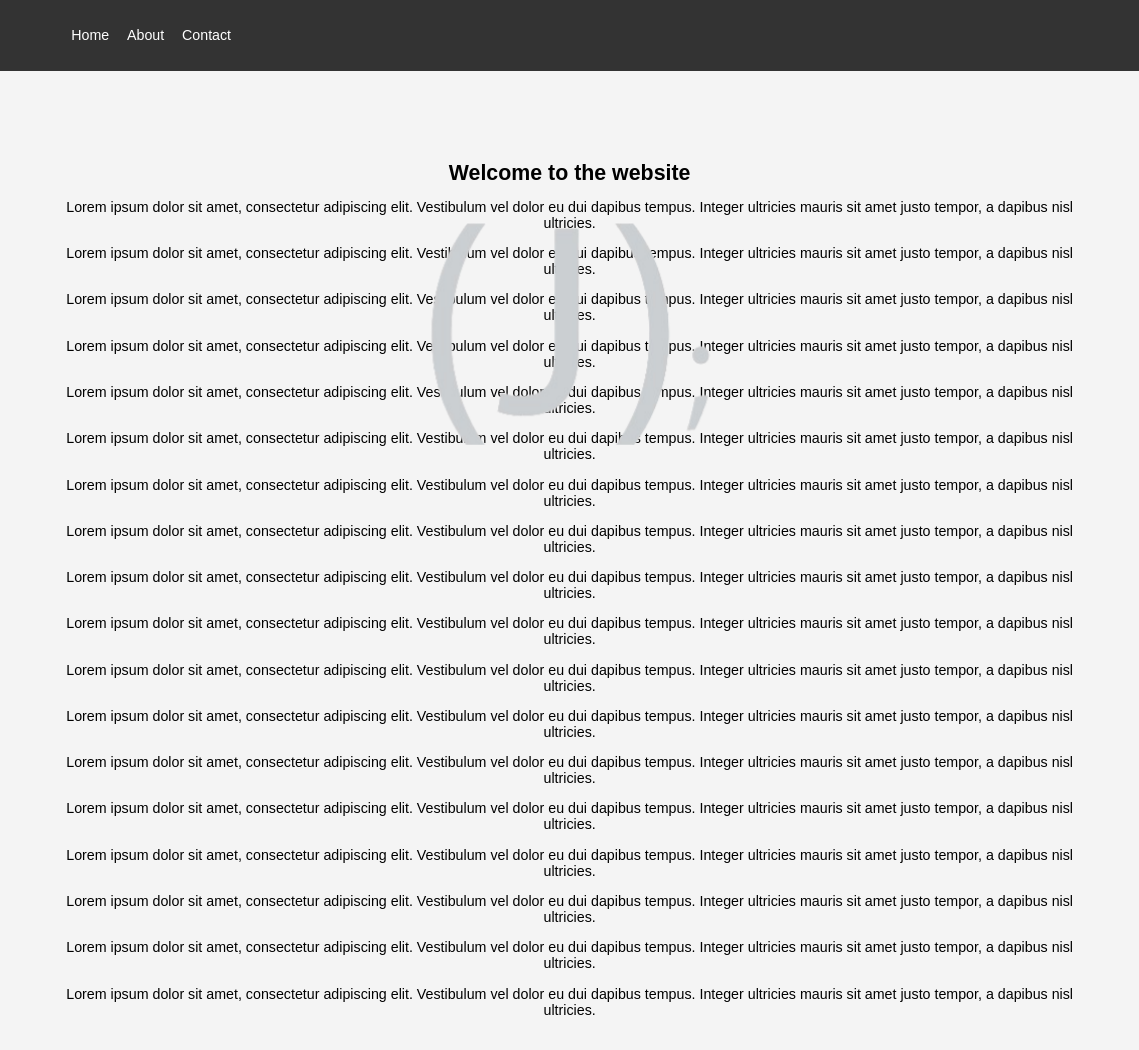
Repository: JoyMoGas/HelujaArc
Page: http://localhost/
The author's editor kept a copy of each file at every save. The page is drawn from the files as they stood at one save, then again after the next save.
The browser window is 1280 px wide. The pictures show the whole page, at 89% of full size.
The page is served by the project's application, run on Flask 3 (run.py).

Above is the page before, as saved 2024-08-11 15:54:04.

### templates/index.html
<!DOCTYPE html>
<html lang="en">
<head>
    <meta charset="UTF-8">
    <meta name="viewport" content="width=device-width, initial-scale=1.0">
    <title>Document</title>
    <link rel="stylesheet" href="{{ url_for('static', filename='style.css') }}">
</head>
<body>
    <header class="navbar">
        <div class="navbar-content">
            <img id="logo" src="{{ url_for('static', filename='logo.png') }}" alt="Logo">
            <nav>
                <ul>
                    <li><a href="#">Home</a></li>
                    <li><a href="#">About</a></li>
                    <li><a href="#">Contact</a></li>
                </ul>
            </nav>
        </div>
    </header>
    <main>
        <section class="content">
            <h1>Welcome to the website</h1>
            <!-- Content goes here -->
            <p>Lorem ipsum dolor sit amet, consectetur adipiscing elit. Vestibulum vel dolor eu dui dapibus tempus. Integer ultricies mauris sit amet justo tempor, a dapibus nisl ultricies.</p>
            <p>Lorem ipsum dolor sit amet, consectetur adipiscing elit. Vestibulum vel dolor eu dui dapibus tempus. Integer ultricies mauris sit amet justo tempor, a dapibus nisl ultricies.</p>
            <p>Lorem ipsum dolor sit amet, consectetur adipiscing elit. Vestibulum vel dolor eu dui dapibus tempus. Integer ultricies mauris sit amet justo tempor, a dapibus nisl ultricies.</p>
            <p>Lorem ipsum dolor sit amet, consectetur adipiscing elit. Vestibulum vel dolor eu dui dapibus tempus. Integer ultricies mauris sit amet justo tempor, a dapibus nisl ultricies.</p>
            <p>Lorem ipsum dolor sit amet, consectetur adipiscing elit. Vestibulum vel dolor eu dui dapibus tempus. Integer ultricies mauris sit amet justo tempor, a dapibus nisl ultricies.</p>
            <p>Lorem ipsum dolor sit amet, consectetur adipiscing elit. Vestibulum vel dolor eu dui dapibus tempus. Integer ultricies mauris sit amet justo tempor, a dapibus nisl ultricies.</p>
            <p>Lorem ipsum dolor sit amet, consectetur adipiscing elit. Vestibulum vel dolor eu dui dapibus tempus. Integer ultricies mauris sit amet justo tempor, a dapibus nisl ultricies.</p>
            <p>Lorem ipsum dolor sit amet, consectetur adipiscing elit. Vestibulum vel dolor eu dui dapibus tempus. Integer ultricies mauris sit amet justo tempor, a dapibus nisl ultricies.</p>
            <p>Lorem ipsum dolor sit amet, consectetur adipiscing elit. Vestibulum vel dolor eu dui dapibus tempus. Integer ultricies mauris sit amet justo tempor, a dapibus nisl ultricies.</p>
            <p>Lorem ipsum dolor sit amet, consectetur adipiscing elit. Vestibulum vel dolor eu dui dapibus tempus. Integer ultricies mauris sit amet justo tempor, a dapibus nisl ultricies.</p>
            <p>Lorem ipsum dolor sit amet, consectetur adipiscing elit. Vestibulum vel dolor eu dui dapibus tempus. Integer ultricies mauris sit amet justo tempor, a dapibus nisl ultricies.</p>
            <p>Lorem ipsum dolor sit amet, consectetur adipiscing elit. Vestibulum vel dolor eu dui dapibus tempus. Integer ultricies mauris sit amet justo tempor, a dapibus nisl ultricies.</p>
            <p>Lorem ipsum dolor sit amet, consectetur adipiscing elit. Vestibulum vel dolor eu dui dapibus tempus. Integer ultricies mauris sit amet justo tempor, a dapibus nisl ultricies.</p>
            <p>Lorem ipsum dolor sit amet, consectetur adipiscing elit. Vestibulum vel dolor eu dui dapibus tempus. Integer ultricies mauris sit amet justo tempor, a dapibus nisl ultricies.</p>
            <p>Lorem ipsum dolor sit amet, consectetur adipiscing elit. Vestibulum vel dolor eu dui dapibus tempus. Integer ultricies mauris sit amet justo tempor, a dapibus nisl ultricies.</p>
            <p>Lorem ipsum dolor sit amet, consectetur adipiscing elit. Vestibulum vel dolor eu dui dapibus tempus. Integer ultricies mauris sit amet justo tempor, a dapibus nisl ultricies.</p>
            <p>Lorem ipsum dolor sit amet, consectetur adipiscing elit. Vestibulum vel dolor eu dui dapibus tempus. Integer ultricies mauris sit amet justo tempor, a dapibus nisl ultricies.</p>
            <p>Lorem ipsum dolor sit amet, consectetur adipiscing elit. Vestibulum vel dolor eu dui dapibus tempus. Integer ultricies mauris sit amet justo tempor, a dapibus nisl ultricies.</p>
        </section>
    </main>
    <script src="{{ url_for('static', filename='scripts.js') }}"></script>
</body>
</html>

### static/style.css
/* Reset de márgenes y padding */
body, h1, ul, li {
    margin: 0;
    padding: 0;
}

/* Estilo para el cuerpo */
body {
    font-family: Arial, sans-serif;
    padding-top: 80px; /* Ajusta según la altura de la navbar para evitar que el contenido quede oculto */
    margin: 0;
    display: flex;
    justify-content: center;
    align-items: flex-start; /* Alinea el contenido al principio verticalmente */
    height: 100vh; /* Ocupa toda la altura visible */
    background: #f4f4f4;
}

/* Estilo para la navbar */
.navbar {
    position: fixed;
    top: 0;
    left: 0;
    width: 100%;
    background-color: #333;
    color: #fff;
    display: flex;
    justify-content: center;
    align-items: center;
    transition: background-color 0.3s;
    z-index: 1000;
    height: 80px; /* Ajusta según la altura de la navbar */
    box-sizing: border-box;
}

/* Contenido de la navbar */
.navbar-content {
    display: flex;
    justify-content: space-between;
    align-items: center;
    width: 100%;
    max-width: 1200px;
    padding: 0 20px; /* Ajuste para el padding dentro de la navbar */
    box-sizing: border-box;
}

/* Logo en la navbar */
.navbar img {
    height: 60px; /* Ajusta según el tamaño del logo en la navbar */
    transition: height 0.3s, transform 0.3s;
}

/* Estilo para los enlaces de la navbar */
.navbar nav ul {
    display: flex;
    list-style-type: none;
    margin: 0;
    padding: 0;
}

.navbar nav ul li {
    margin-left: 20px;
}

.navbar nav ul li a {
    color: #fff;
    text-decoration: none;
}

/* Estilo para el contenido del body */
.content {
    text-align: center; /* Centra el texto y otros elementos dentro del contenedor */
    width: 100%;
    max-width: 1200px; /* Asegura que el contenido no se estire demasiado */
    margin-top: 80px; /* Asegura que el contenido esté por debajo de la navbar */
    padding: 20px; /* Ajusta el padding según sea necesario */
    box-sizing: border-box;
}

/* Logo en el cuerpo */
#logo {
    position: absolute;
    top: 20px;
    left: 50%;
    transform: translateX(-50%);
    height: 100px;
    transition: top 0.3s, left 0.3s, height 0.5s, transform 0.5s;
}

### static/scripts.js
"use strict";
document.addEventListener('DOMContentLoaded', () => {
    window.scrollTo(0, 0);
    const logo = document.getElementById('logo');
    const handleScroll = () => {
        if (window.scrollY > 50) {
            logo.style.position = 'fixed';
            logo.style.top = '0px';
            logo.style.left = '120px';
            logo.style.height = '100px';
            logo.style.transform = 'translateX(0) scale(0.6)';
        }
        else {
            logo.style.position = 'absolute';
            logo.style.top = '250px';
            logo.style.left = '50%';
            logo.style.transform = 'translateX(-50%) scale(1)';
            logo.style.height = '250px';
        }
    };
    window.addEventListener('scroll', handleScroll);
    // Inicializa el estado del logotipo
    handleScroll();
});
window.addEventListener('scroll', () => {
    const navbar = document.querySelector('.navbar');
    if (window.scrollY > 50) {
        navbar.classList.add('scrolled');
    }
    else {
        navbar.classList.remove('scrolled');
    }
});
window.addEventListener('beforeunload', () => {
    window.scrollTo(0, 0);
});

Loaded but not shown: run.py (common file)

After the next save:
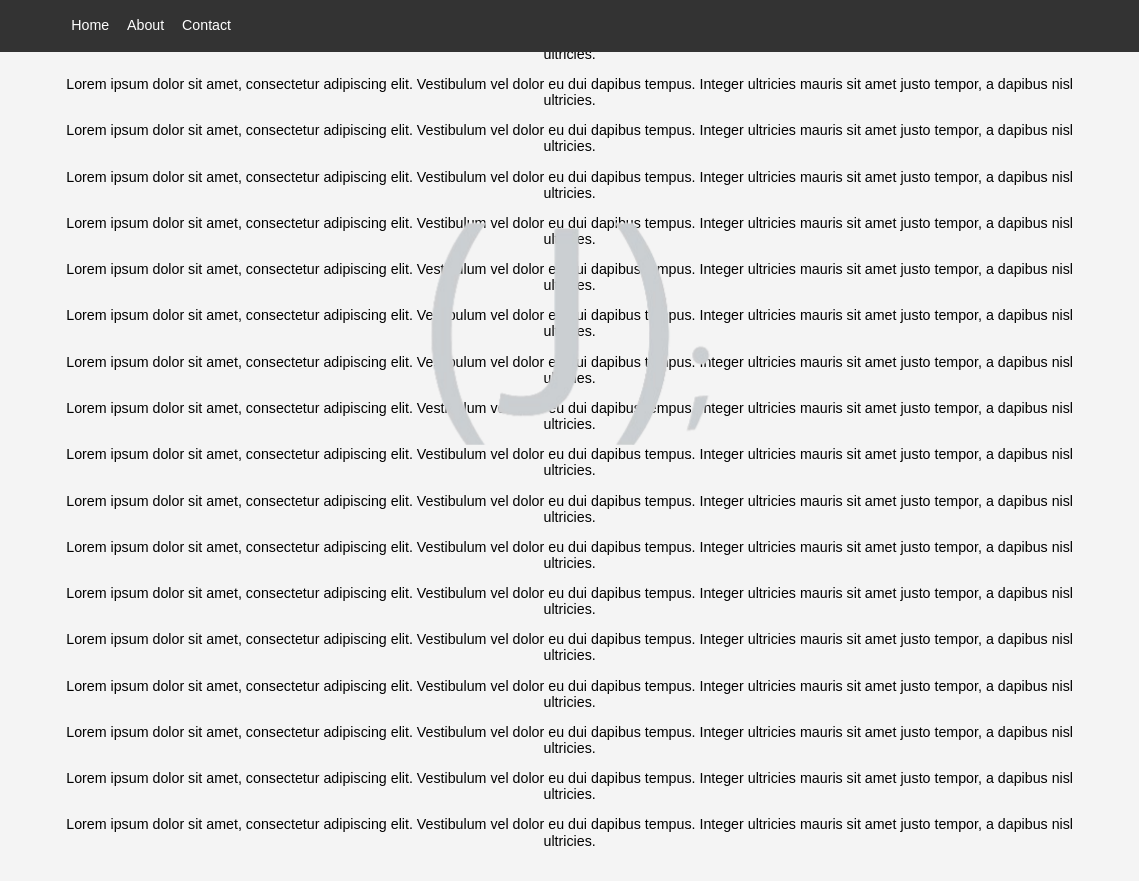
Saved 65 s later.
--- a/static/style.css
+++ b/static/style.css
@@ -7,11 +7,11 @@
 /* Estilo para el cuerpo */
 body {
     font-family: Arial, sans-serif;
-    padding-top: 80px; /* Ajusta según la altura de la navbar para evitar que el contenido quede oculto */
+    padding-top: 80px; /* Ajusta según el tamaño de la navbar */
     margin: 0;
     display: flex;
     justify-content: center;
-    align-items: flex-start; /* Alinea el contenido al principio verticalmente */
+    align-items: center;
     height: 100vh; /* Ocupa toda la altura visible */
     background: #f4f4f4;
 }
@@ -29,8 +29,6 @@
     align-items: center;
     transition: background-color 0.3s;
     z-index: 1000;
-    height: 80px; /* Ajusta según la altura de la navbar */
-    box-sizing: border-box;
 }
 
 /* Contenido de la navbar */
@@ -40,13 +38,13 @@
     align-items: center;
     width: 100%;
     max-width: 1200px;
-    padding: 0 20px; /* Ajuste para el padding dentro de la navbar */
+    padding: 20px;
     box-sizing: border-box;
 }
 
 /* Logo en la navbar */
 .navbar img {
-    height: 60px; /* Ajusta según el tamaño del logo en la navbar */
+    height: 60px; /* Ajusta el tamaño del logo en la navbar */
     transition: height 0.3s, transform 0.3s;
 }
 
